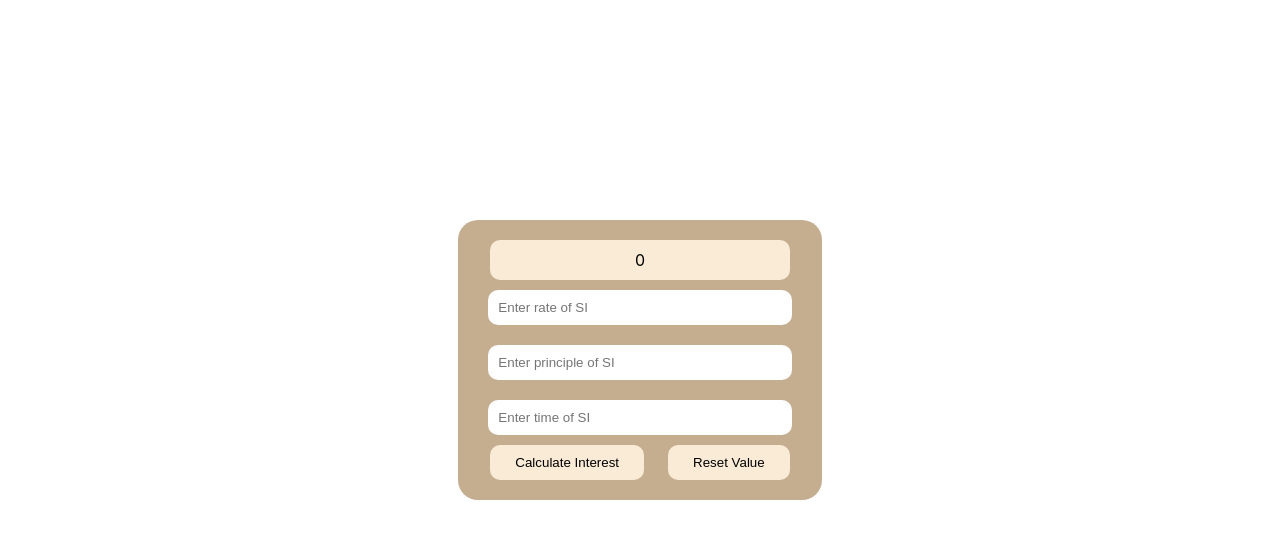
Repository: purnimapatel/SI-calculator
Page: /
These files come from the project's save history. The page is drawn as it stood at one moment and after the next save; the edit follows.
The browser window is 1280 px wide. The pictures show the whole page.
The project was rebuilt for these pictures with package versions that can differ from the ones it lists, and the page was loaded fresh each time.

Above is the page before, as saved 2024-08-26 12:12:34.

### src/App.jsx
import './App.css';
import { useState } from 'react';

function App() {
  const[rate, setRate]=(useState(''));
  const[principle, setPrinciple]=(useState());
  const[time, setTime]=(useState(''));
  const[res, setRes]=(useState(0));
  return(

    <div className="container">
    <div className="container1">
    <div className="result">
    {res}
    </div>


    <input
        type="number"
        id = "field"
        value={rate}
        onChange={(e) => setRate(Number(e.target.value))}
        placeholder="Enter rate of SI"
      />
      <input
        type="number"
        id="field"
        value={principle}
        onChange={(e) => setPrinciple(Number(e.target.value))}
        placeholder="Enter principle of SI"
      />
      <input
        type="number"
        id = "field"
        value={time}
        onChange={(e) => setTime(Number(e.target.value))}
        placeholder="Enter time of SI"
      />
      <div>
      <button className='btn' onClick={result}>Calculate Interest</button>
      <button className='btn' onClick={resetValue}>Reset Value</button>
      </div>

    </div>
    </div>

  )
  function result(){

    setRate('');
    setPrinciple('');
    setTime('');
    setRes(`The Simple Interest is: ${(rate*principle*time)/100}`)

}
function resetValue(){
  setRes(`0`);
}




}


export default App;

### src/App.css
.App {
  text-align: center;

}
.container{
  display: flex;
  justify-content: center;
  align-items:center;
  height:100vh;

}
.container1{

  background-color:rgb(197, 174, 144);
  display:flex;
  text-align: center;
  flex-direction: column;
  justify-content: center;
  height: auto;
  width:auto;
  padding:20px;
  border-radius: 20px;

}
.result{
  display: flex;
  text-align: center;
  justify-content: center;
  margin:0px 12px;
  padding:10px 0px;
  background-color:antiquewhite;
  border-radius:10px;

}
input[type=number]::-webkit-outer-spin-button,
input[type=number]::-webkit-inner-spin-button {
    -webkit-appearance: none;
    margin: 0;
}

/* Remove the spinner in Firefox */
input[type=number] {
    -moz-appearance: textfield;
}
#field{
  margin:10px;
  padding:10px;
  border-radius:10px;
  border:none;
}
.btn{
  margin:0px 12px;
  padding:10px 25px;
  border:none;
  border-radius: 10px;
  background-color:antiquewhite;
}
.btn:hover{
  background-color:rgb(205, 214, 174);
  cursor: pointer;
}

Loaded but not shown: public/index.html (common file); src/index.js (common file); src/index.css (common file); src/reportWebVitals.js (common file)

After the next save:
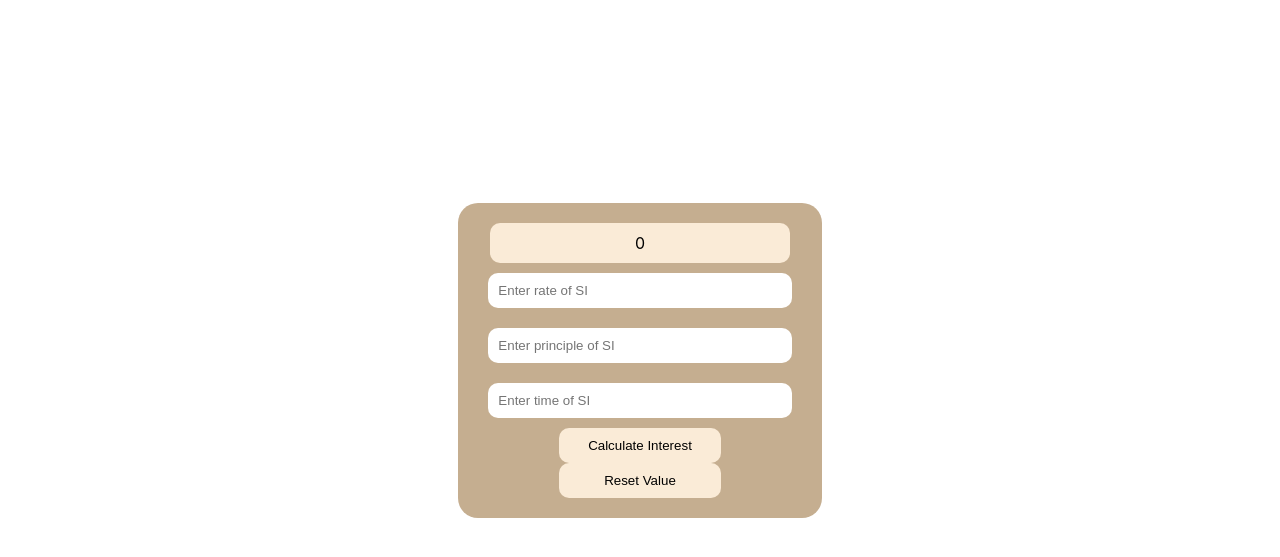
Saved 35 s later.
--- a/src/App.css
+++ b/src/App.css
@@ -54,6 +54,7 @@ input[type=number] {
   border:none;
   border-radius: 10px;
   background-color:antiquewhite;
+  width:50%;
 }
 .btn:hover{
   background-color:rgb(205, 214, 174);
